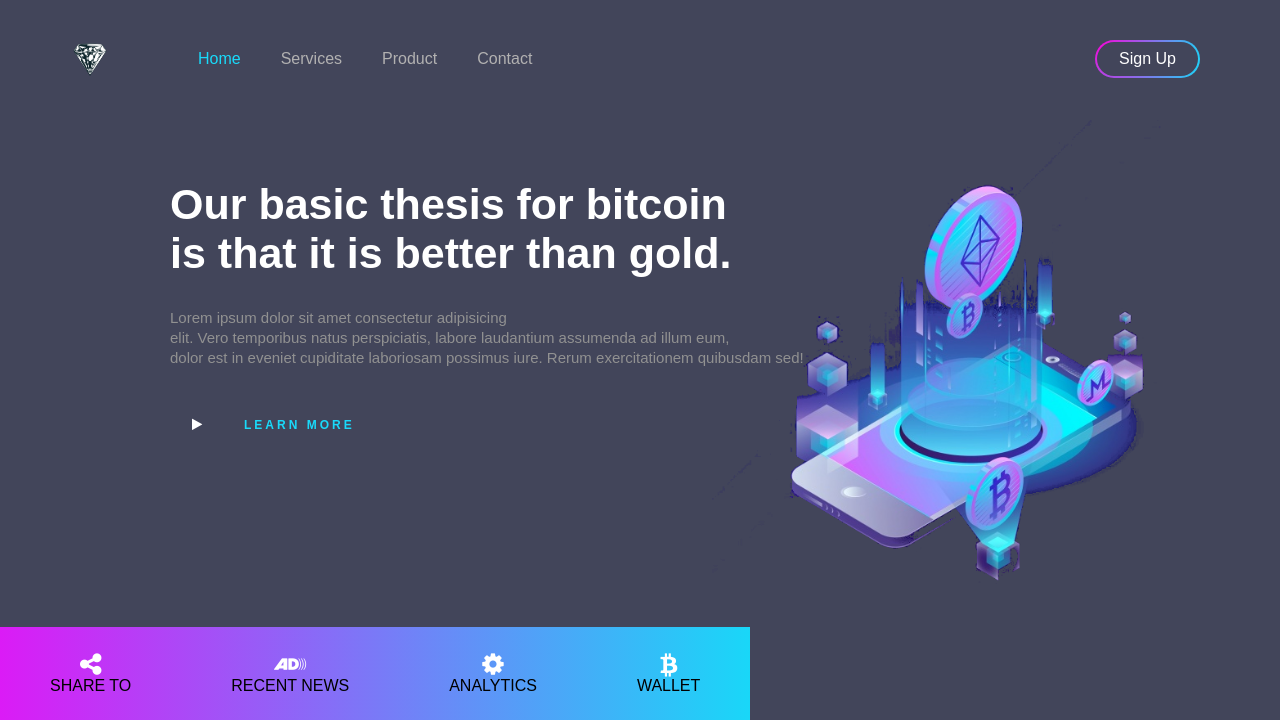
Repository: Aakarshit-Sharma19/Basic-HTML-and-CSS-Page-
Page: index.html
An editor plug-in stored every save of this project. The page is shown before and after the next save, followed by the edit.
The browser window is 1280 px wide. The pictures show the whole page.

Above is the page before, as saved 2020-11-10 17:07:33.

### index.html
<!DOCTYPE html>
<html lang="en">

<head>
    <title>Crypto Currency Web App - Easy Tutorials</title>
    <link rel="stylesheet" href="style.css">
    <link rel="stylesheet" href="https://stackpath.bootstrapcdn.com/font-awesome/4.7.0/css/font-awesome.min.css">
</head>

<body>
    <div class="container">
        <div class="menu">
            <ul>
                <li class="logo"><img src="1349.png" alt="diamond"></li>
                <li class="active">Home</li>
                <li>Services</li>
                <li>Product</li>
                <li>Contact</li>
                <li><a href="#" class="signup-btn"><span>Sign Up</span></a></li>
            </ul>
        </div>
        <div class="banner">
            <div class="app-text">
                <h1>Our basic thesis for bitcoin <br> is that it is better than gold.</h1>
                <p>Lorem ipsum dolor sit amet consectetur adipisicing <br>elit. Vero temporibus natus perspiciatis,
                    labore
                    laudantium assumenda ad illum eum,<br>  dolor est in eveniet cupiditate laboriosam possimus iure.
                    Rerum
                    exercitationem quibusdam sed!</p>
                <div class="play-btn">
                    <div class="play-btn-inner"><i class="fa fa-play" aria-hidden="true"></i>
                    </div>
                    <small><b>LEARN MORE</b></small>
                </div>
            </div>
            <div class="app-picture">
                <img src="background.png" alt="">
            </div>
        </div>
        <div class="quick-links">
            <ul>
                <li>
                    <i class="fa fa-share-alt" aria-hidden="true"></i><p>SHARE TO</p>
                </li>
                <li>
                   <i class="fa fa-audio-description" aria-hidden="true"></i><p>RECENT NEWS</p>
                </li>
                <li>
                    <i class="fa fa-cog" aria-hidden="true"></i><p>ANALYTICS</p>
                </li>
                <li>
                    <i class="fa fa-btc" aria-hidden="true"></i><p>WALLET</p>
                </li>
            </ul>
        </div>
    </div>
</body>

</html>

### style.css
* {
    margin: 0;
    padding: 0;
    font-family: sans-serif;
}

body{
    background: #42455a;
}
.container{
    width: 100%;
    height: 100%;
}

.menu ul{
    display: inline-flex;
    margin: 50px;
}

.menu ul li{
    list-style: none;
    margin: 0 20px;
    color: #b2b1b1;
    cursor: pointer;
}

.logo img{
    width: 40px;
    margin-top: -12px;
    margin-right: 48px;
}

.active{
    color: #19dafa!important;
}

.signup-btn{
    top: 40px;
    right: 80px;
    position: absolute;
    text-decoration: none;
    color: #fff;
    border: 2px solid transparent;
    border-radius: 20px;
    background-image: linear-gradient(#42455a, #42455a), radial-gradient(circle at top left, #fd00da, #19d7f8);
    background-origin: border-box;
    background-clip: content-box,border-box;
}

.signup-btn span{
    display: block;
    padding: 8px 22px;
}

.banner{
    width: 80%;
    height: 70%;
    top: 25%;
    left: 130px;
    position: absolute;
    color: #fff;
}

.app-text{
    width: 50%;
    float: left;
}

.app-text h1{
    font-size: 43px;
    width: 640px;
    position: relative;
    margin-left: 40px;
}

.app-text p{
    font-size: 15px;
    width: 650px;
    margin: 30px 0 30px 40px;
    line-height: 20px;
    color: #919191;
}

.app-picture{
    width: 50%;
    float: right;
}

.app-picture img{
    width: 100%;
    margin-top: -60px;
    padding-left: 70px;
}

.play-btn{
    margin-left: 40px;
    display: inline-flex;
}

.play-btn-inner{
    height: 50px;
    width: 50px;
    border: 2px solid transparent;
    border-radius: 50%;
    background-image: linear-gradient(#42455a, #42455a), radial-gradient(circle at top left, #fd00da, #19d7f8);
    background-origin: border-box;
    background-clip: content-box,border-￼
    Home
    Services
    Product
    Contact
    Sign Up
    box;
    text-align: center;
}
.play-btn-inner .fa{
    padding: 18px 0px;
    font-size: 13px;
    cursor: pointer;
}

small{
    margin: auto 20px;
    cursor: pointer;
    font-size: 12px;
    color: #19dafa;
    letter-spacing: 3px;
}

.quick-links{
    left: 0;
    bottom: 0;
    position: absolute;
    background: linear-gradient(to right, #db1bf6, #19d7f8);
}
.quick-links ul{
    display: inline-flex;
    margin: 25px auto;
    text-align: center;
}
.quick-links ul li{
    list-style: none;
    margin: 0 50px;
    cursor: pointer;
}
.quick-links ul li .fa{
    font-size: 25px;
    color: white;
}

After the next save:
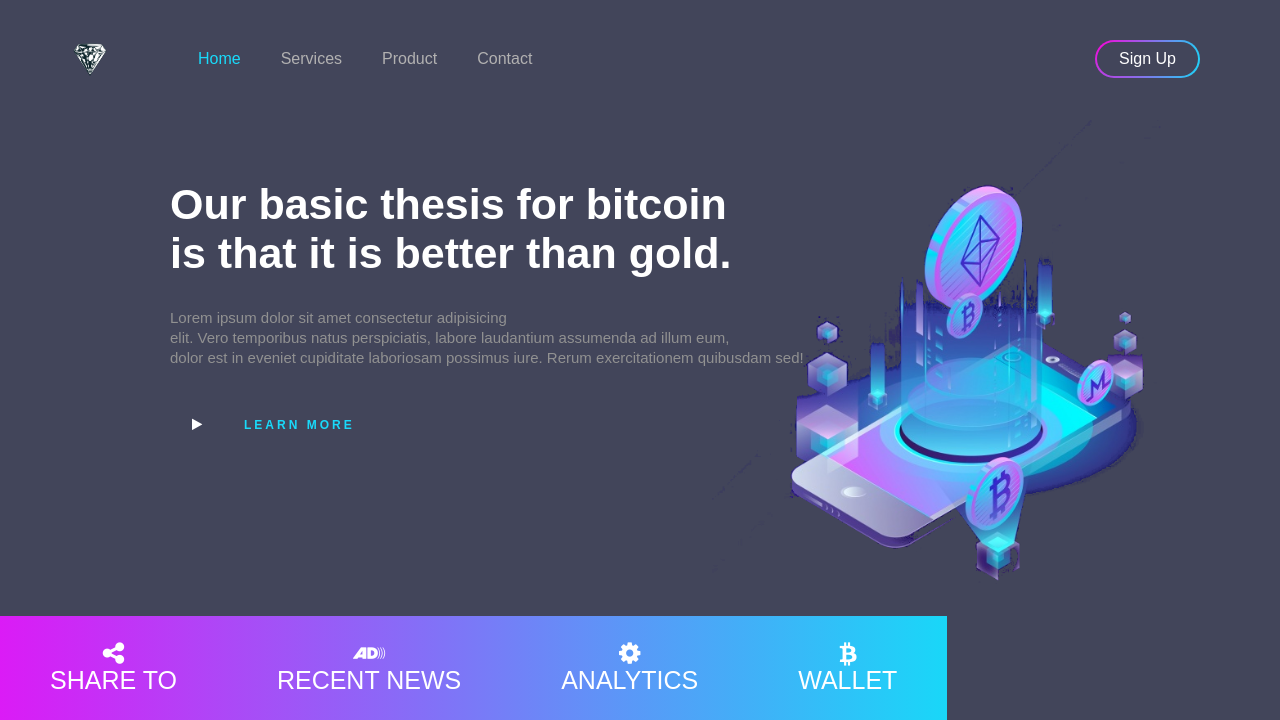
Saved 8 s later.
--- a/style.css
+++ b/style.css
@@ -143,7 +143,7 @@ small{
     margin: 0 50px;
     cursor: pointer;
 }
-.quick-links ul li .fa{
+.quick-links ul li .fa, p{
     font-size: 25px;
     color: white;
 }
